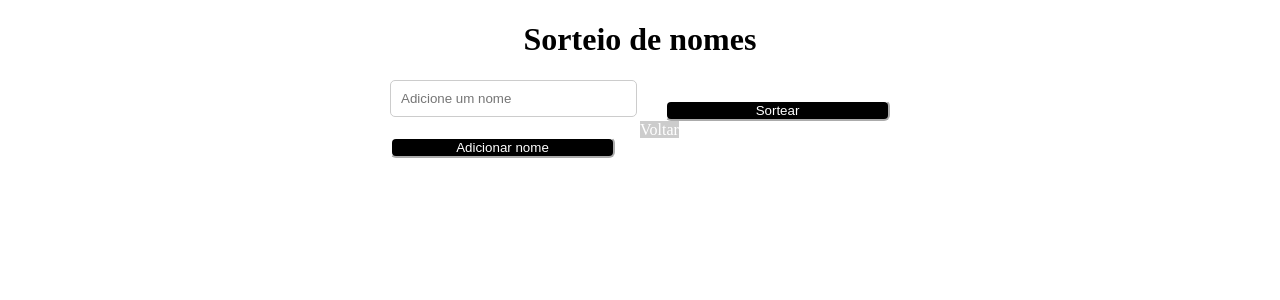
Repository: Matheus904-12/sorte
Page: sorteio-nomes.html
The author's editor kept a copy of each file at every save. The page is drawn from the files as they stood at one save, then again after a run of saves.
The browser window is 1280 px wide. The pictures show the whole page.

Above is the page before, as saved 2023-09-10 12:11:14.

### sorteio-nomes.html
<!DOCTYPE html>
<html lang="pt-br">
<head>
  <meta charset="UTF-8">
  <title>Sorteio de nomes</title>
</head>
<body>
  <div class="container">
    <h1 class="text-center">Sorteio de nomes</h1>
    <div class="box">
      <input type="text" id="nome" placeholder="Adicione um nome" class="form-control">
      <button id="adicionar" class="btn btn-primary">Adicionar nome</button>
    </div>
    <ul id="nomes">
        <!-- Nomes a serem sorteados -->
      </ul>

    <div class="results">
      <button id="sortear" class="btn btn-primary">Sortear</button>
      <div id="resultado" class="text-center"></div>
    </div>
    <a href="index.html" class="btn btn-secondary float-right">Voltar</a>
  </div>

  <style>
    .container {
      width: 100%;
      max-width: 500px;
      margin: 0 auto;
    }

    h1 {
      font-size: 2em;
      text-align: center;
    }

    input {
      width: 100%;
      padding: 10px;
      border: 1px solid #ccc;
      border-radius: 5px;
    }

    button {
      width: 100%;
      margin-top: 20px;
      background-color: #000;
      color: #fff;
      text-decoration: none;
      cursor: pointer;
    }

    div.box {
      width: 45%;
      margin-right: 5%;
      float: left;
    }

    div.results {
      width: 45%;
      float: right;
    }

    div.resultado {
      margin-top: 20px;
      text-align: center;
      font-size: 1.5em;
    }

    a {
      color: #000;
      text-decoration: none;
    }

    a:hover {
      text-decoration: underline;
    }

    .btn-primary {
      color: #fff;
      border-color: #fff;
      background-color: #000;
      border-radius: 6px;
    }

    .btn-primary:hover {

    }

    .btn-secondary {
      color: #fff;
      border-color: #fff;
      background-color: #ccc;
    }

    .btn-secondary:hover {
      background-color: #999;
    }
  </style>
  <script>

// Função para registrar um nome na lista
function registrarNome() {
  // Obtém o nome digitado no campo de entrada
  var nome = document.querySelector("#nome").value;

  // Verifica se o nome não é vazio
  if (nome === "") {
    alert("O nome não pode ser vazio.");
    return;
  }

  // Cria um elemento <li> com o nome
  var li = document.createElement("li");
  li.innerHTML = nome;

  // Adiciona o elemento <li> à lista
  var nomes = document.querySelector("#nomes");
  nomes.appendChild(li);
}

// Função para sortear um nome da lista
function sortear() {
  // Obtém o número de itens na lista
  var len = document.querySelector("#nomes").children.length;

  // Gera um número aleatório entre 0 e o número de itens
  var index = Math.floor(Math.random() * len);

  // Obtém o nome sorteado
  var nome = document.querySelector("#nomes").children[index].innerHTML;

  // Exibe o nome sorteado
  document.querySelector("#resultado").innerHTML = nome;
}

// Evento para o botão de adicionar nome
document.querySelector("#adicionar").addEventListener("click", registrarNome);

// Evento para o botão de sorteio
document.querySelector("#sortear").addEventListener("click", sortear);


  </script>
</body>
</html>

After the next 2 saves:
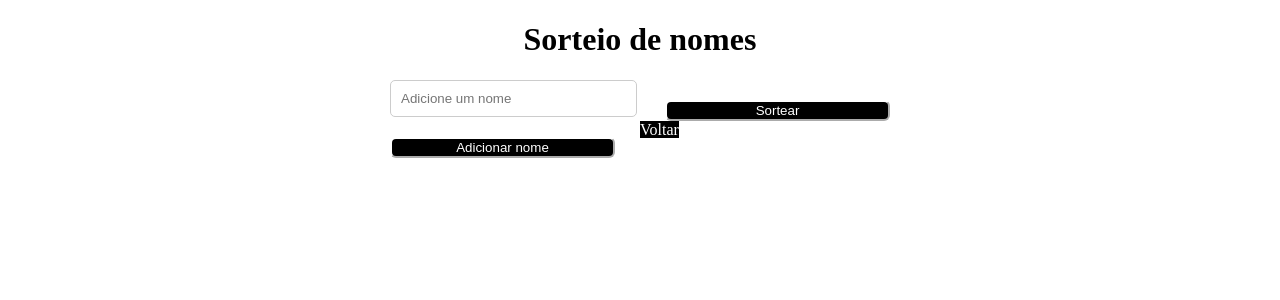
The 2 saves are shown as one change because they came seconds apart.
The last was saved 78 s later.
--- a/sorteio-nomes.html
+++ b/sorteio-nomes.html
@@ -90,7 +90,7 @@
     .btn-secondary {
       color: #fff;
       border-color: #fff;
-      background-color: #ccc;
+      background-color: #000;
     }
 
     .btn-secondary:hover {
